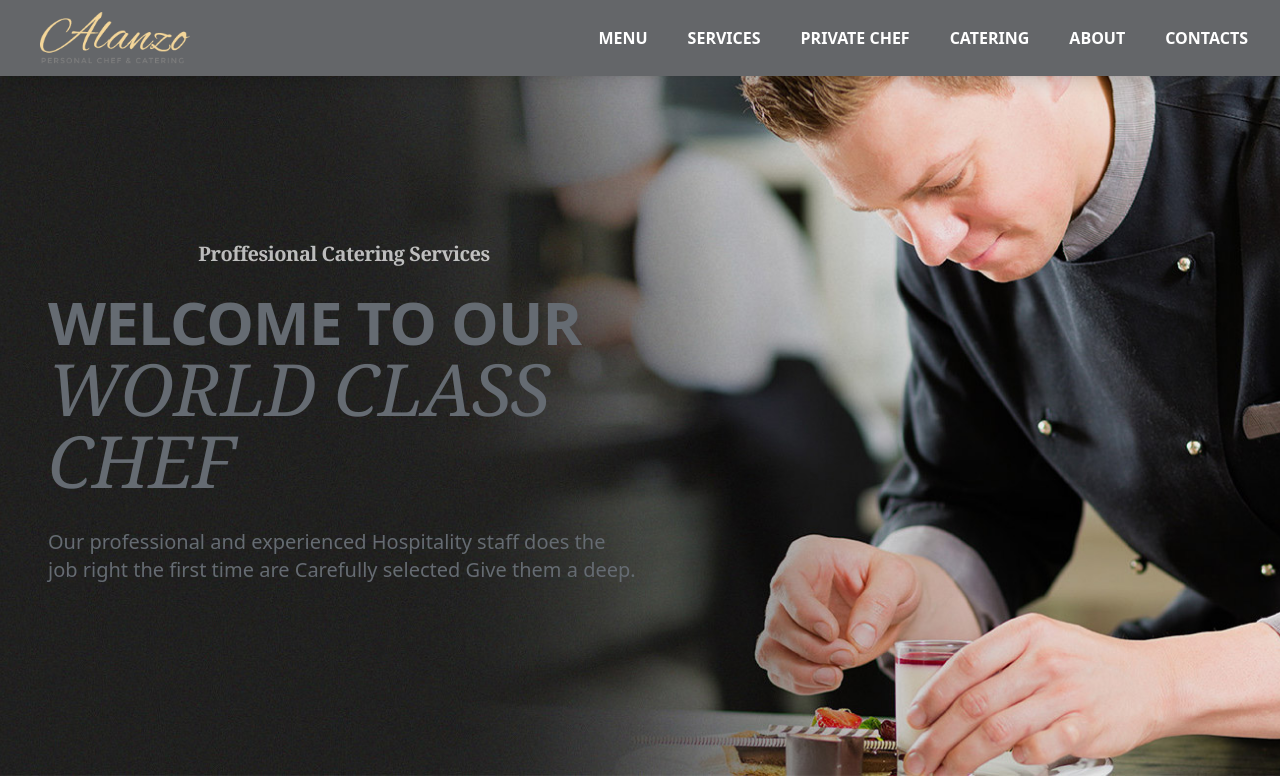
Repository: remydev47/alanzo
Page: /
The author's editor kept a copy of each file at every save. The page is drawn from the files as they stood at one save, then again after the next save.
The browser window is 1280 px wide. The pictures show the whole page.
The project was rebuilt for these pictures with package versions that can differ from the ones it lists, and the page was loaded fresh each time. The framework's server and built-in components were replaced by stand-ins that run in the browser. Also part of the build but not shown: next.config.js.

Above is the page before, as saved 2022-12-17 11:08:54.

### pages/_app.tsx
import '../styles/globals.css'
import type { AppProps } from 'next/app'
import Navbar from '../components/Navbar'

function MyApp({ Component, pageProps }: AppProps) {
  return (
    <>
      <Navbar />
      <Component {...pageProps} />
    </>
  )
}

export default MyApp

### pages/index.tsx
import type { NextPage } from 'next'
import Head from 'next/head'
import Image from 'next/image'
import Hero from '../components/Hero'

const Home: NextPage = () => {
  return (
    <div className="bg-primary-black">
      <Head>
        <title>Avantos</title>
        <link rel="icon" href="/favicon.ico" />
      </Head>
      <Hero />

    </div>
  )
}

export default Home

### components/Navbar.tsx
import React from 'react';
import { navLinks } from '../constants';
import Menupopover from './Menupopover';
import Image from 'next/image';
import Logo from './Logo';
import { Button } from './Button';

const Navbar = () => {
  return (
    <header className="fixed inset-x-0 bg-[#646669] z-20 flex justify-between items-center py-2 px-2 shadow-lg dark:bg-slate-900 sm:py-3 sm:px-8">
            <div className='flex grow-0 basis-1/3 md:hidden'>
                <Menupopover />
            </div>

             <div className='flex grow-0 ml-2 justify-center md:justify-start'>
                <Logo />

            </div>


            <ul className="list-none sm:flex hidden justify-end items-center flex-1">
            {navLinks.map((nav, index) => (
                <li
                key={nav.id}
                className={`font-bold cursor-pointer text-[16px]
                   ${index === navLinks.length - 1 ? 'mr-0' : 'mr-10'}
                  text-white `}
                >
                    <a>{nav.title}</a>
                </li>
            ))}
           </ul>


        </header>
  )
}

export default Navbar

### components/Hero.tsx
import React from 'react'

const Hero = () => {
  return (
    <section className='relative pt-48 pb-12 xl:pt-60 sm:pb-16 lg:pb-32 xl:pb-48 2xl:pb-56'>
    <div className="absolute inset-0">
     <img className="object-cover w-full h-full" src="/images/hero.jpg" alt="" />
    </div>
   <div className='relative'>
    <div className="px-6 mx-auto sm:px-8 lg:px-12 max-w-7xl">
      <div className="w-full lg:w-2/3 xl:w-1/2">
        <h1 className="font-serif text-xl font-bold tracking-tight text-white text-opacity-70 text-center">Proffesional Catering Services</h1>
        <p className="mt-6 tracking-tighter text-[#656b72]">
          <span className="font-sans font-bold text-6xl">WELCOME TO OUR </span><br />
          <span className="font-serif italic font-BOLD text-7xl">WORLD CLASS CHEF</span>
        </p>
        <p className="mt-8 font-erif text-xl font-normal text-[#656b72]">
         Our professional and experienced Hospitality staff does the job right the first time are Carefully selected Give them a deep.
        </p>
      </div>
    </div>
   </div>
  </section>
  )
}

export default Hero

### constants/index.ts
export const navLinks =[
    {
        id:"menu",
        title:"MENU",
    },
    {
        id:"services",
        title:"SERVICES",
    },
    {
        id:"privatechef",
        title:"PRIVATE CHEF",
    },
    {
        id:"catering",
        title:"CATERING",
    },
    {
        id:"aboutus",
        title:"ABOUT",
    },
    {
        id:"contacts",
        title:"CONTACTS",
    },
]

### components/Menupopover.tsx
import React, {useState, Fragment} from 'react';
import { navLinks } from '../constants';
import { IconButton, Button } from './Button';
import { Transition, Dialog } from '@headlessui/react';
import Logo from './Logo';
import Image from 'next/image';

const Menupopover = () => {
  const [isOpen, setIsOpen] = useState(false)

  return (
    <div>
    <IconButton
      variant='ghost'
      aria-label='menu'
      onClick={() => setIsOpen(!isOpen)}
    >
      <svg className='w-6 h-6 ' fill='none' stroke='currentColor'>
        <path
          strokeLinecap='round'
          strokeLinejoin='round'
          strokeWidth={2}
          d='M4 6h16M4 12h16M4 18h16'
        />
      </svg>
    </IconButton>
    <Transition
      show={isOpen}
      appear
      as={Fragment}
      enter='transform transition ease-in-out duration-300'
      enterFrom='-translate-x-full'
      enterTo='translate-x-0'
      leave='transform transition ease-in-out duration-300 delay-200'
      leaveFrom='translate-x-0'
      leaveTo='-translate-x-full'
     >
     <Dialog
       as='div'
       className={`fixed inset-0 z-50`}
       onClose={setIsOpen}
       open={isOpen}
       >
       <Transition.Child
         as={Fragment}
         enter='ease-out duration-300 delay-300'
         enterFrom='opacity-0'
         enterTo='opacity-100'
         leave='ease-in duration-200'
         leaveFrom='opacity-100'
         leaveTo='opacity-0'
       >

        <Dialog.Overlay
          className={`fixed inset-0 bg-black/20 backdrop-blur-sm dark:bg-gray-900/80`}
         />
      </Transition.Child>
       <div className={styles.dialogcontainer}>
        <a className='mx-auto mt-4 flex w-[140px] '>
          <Logo />
        </a>
        <ul
            className={styles.navWrapper2}
         >
            {navLinks.map((nav, index) => (
                <li
                 key={nav.id}
                 className={` font-bold cursor-pointer text-[16px]
                  mt-2 border-t border-slate-200 py-4 dark:border-slate-600
                  ${index === navLinks.length - 1 ? 'mr-0' : 'mb-4'}
                  text-white `}
                >
                 <a href={`#${nav.id}`}>
                    {nav.title}
                 </a>
                </li>
             ))}
         </ul>

        <IconButton
          variant='ghost'
          aria-label='close menu'
          className='absolute top-5 right-5'
          onClick={() => setIsOpen(false)}
        >
          <svg
            viewBox='0 0 10 10'
            className='h-2.5 w-2.5 overflow-visible'
            aria-hidden='true'
          >
            <path
                d='M0 0L10 10M10 0L0 10'
                fill='none'
                stroke='currentColor'
                strokeWidth='2'
                strokeLinecap='round'
              />
          </svg>
        </IconButton>
       </div>
     </Dialog>
    </Transition>
  </div>
  )
}

export default Menupopover;

const styles ={
  dialogcontainer:`fixed top-0 bottom-0 left-0 w-full max-w-xs rounded-r-xl bg-[#092341] p-6 shadow-lg dark:bg-gray-800`,
  menuitems:`group relative flex h-9 items-center oveflow-hidden rounded-md hover:bg-slate-200/50`,
  navWrapper2:`list-none flex flex-col justify-end items-center flex-1`,
}

### components/Logo.tsx
import React from 'react'
import Image from 'next/image'

const Logo = () => {
  return (
    <div>
      <Image
        src='/images/logo.png'
        alt='Alanzo'
        height={60}
        width={150}
      />
    </div>
  )
}

export default Logo

### components/Button/index.tsx
import React, { forwardRef } from "react";
//import { __DEV__ } from "../../utils/assertions";

type BaseButtonProps = Omit<React.HTMLProps<HTMLButtonElement>, "size">;

/* === Button Element === */

export interface ButtonProps extends BaseButtonProps {
  children: React.ReactNode;
  fullWidth?: boolean;
  className?: string;
  variant?: "solid" | "outline" | "ghost";
  size?: "sm" | "md" | "lg";
  as?: string;
  isExternal?: boolean;
  type?: "button" | "submit" | "reset";
}

export const Button = forwardRef<HTMLButtonElement, ButtonProps>(
  (
    {
      children,
      variant = "solid",
      size = "md",
      fullWidth = false,
      className,
      as = "button",
      isExternal = false,
      ...rest
    },
    ref
  ) => {
    let tempClassNames: string[] = [];

    const sharedClasses = [
      "capitalize",
      "focus:outline-none",
      "focus:ring-2",
      "focus:ring-indigo-400",
      "focus:ring-offset-2",
      "focus:ring-offset-indigo-50",
      "font-semibold",
      "rounded-full",
      "inline-flex",
      "flex-shrink-0",
      "items-center",
      "justify-center",
      "transition-colors",
      "ease-in-out",
      "duration-500",
    ];

    if (fullWidth) sharedClasses.push("w-full");

    // handle variants
    let btnSolid = ["bg-indigo-600", "hover:bg-indigo-700", "text-white"];
    let btnOutline = [
      "dark:text-white",
      "hover:text-indigo-700",
      "hover:dark:text-indigo-700",
      "bg-transparent",
      "hover:bg-indigo-50",
      "border",
      "border-indigo-600",
    ];
    let btnGhost = [
      "bg-transparent",
      "dark:text-white",
      "hover:bg-indigo-50",
      "hover:text-indigo-700",
      "hover:dark:text-indigo-700",
    ];

    if (variant === "solid") {
      tempClassNames = [...sharedClasses, ...btnSolid];
    } else if (variant === "outline") {
      tempClassNames = [...sharedClasses, ...btnOutline];
    } else if (variant === "ghost") {
      tempClassNames = [...sharedClasses, ...btnGhost];
    }

    // handle sizes
    let sizeSm = ["h-8", "px-2", "text-sm"];
    let sizeMd = ["h-10", "px-3"];
    let sizeLg = ["h-12", "px-4", "text-lg"];

    if (size === "sm") {
      tempClassNames = [...tempClassNames, ...sizeSm];
    } else if (size === "md") {
      tempClassNames = [...tempClassNames, ...sizeMd];
    } else if (size === "lg") {
      tempClassNames = [...tempClassNames, ...sizeLg];
    }

    let classes = tempClassNames.join(" ");

    let Element = as ? (
      React.createElement(
        as,
        {
          className: `${classes} ${className}`,
          target: isExternal ? "_blank" : undefined,
          rel: isExternal ? "noopener noreferrer" : undefined,
          ref,
          ...rest,
        },
        children
      )
    ) : (
      <button {...rest} className={`${classes} ${className}`} ref={ref}>
        {children}
      </button>
    );

    return Element;
  }
);

// if (__DEV__) {
//   Button.displayName = "Button";
// }

/* === IconButton Element === */

export interface IconButtonProps extends ButtonProps {
  icon?: React.ReactElement;
  "aria-label": string;
}

export const IconButton = forwardRef<HTMLButtonElement, IconButtonProps>(
  (
    {
      children,
      icon,
      className,
      "aria-label": ariaLabel,
      size = "md",
      ...rest
    },
    ref
  ) => {
    let sharedClasses = ["rounded-full", "!px-0"];

    // handle sizes
    let sizeSm = ["w-8"];
    let sizeMd = ["w-10"];
    let sizeLg = ["w-12"];

    if (size === "sm") {
      sharedClasses = [...sharedClasses, ...sizeSm];
    } else if (size === "md") {
      sharedClasses = [...sharedClasses, ...sizeMd];
    } else if (size === "lg") {
      sharedClasses = [...sharedClasses, ...sizeLg];
    }

    /**
     * Passing the icon as prop or children should work
     */
    const element = icon || children;
    const _children = React.isValidElement(element)
      ? React.cloneElement(element as any, {
          "aria-hidden": true,
          focusable: false,
        })
      : null;

    let classes = sharedClasses.join(" ");
    return (
      <Button
        className={`${classes} ${className}`}
        aria-label={ariaLabel}
        size={size}
        {...rest}
        ref={ref}
      >
        {_children}
      </Button>
    );
  }
)

### tailwind.config.js
/** @type {import('tailwindcss').Config} */
module.exports = {
  content: [
    './pages/**/*.{js,ts,jsx,tsx}',
    './components/**/*.{js,ts,jsx,tsx}',
  ],
  theme: {
    extend: {
      backgroundImage: {
        'bg_2': "url('/images/bg_2.jpg')",
      },
      colors: {
        'primary-black': '#1A232E',
        'secondary-white': '#c7c7c7',
      },
    },
  },
  plugins: [],
}

Loaded but not shown: styles/globals.css (common file)

After the next save:
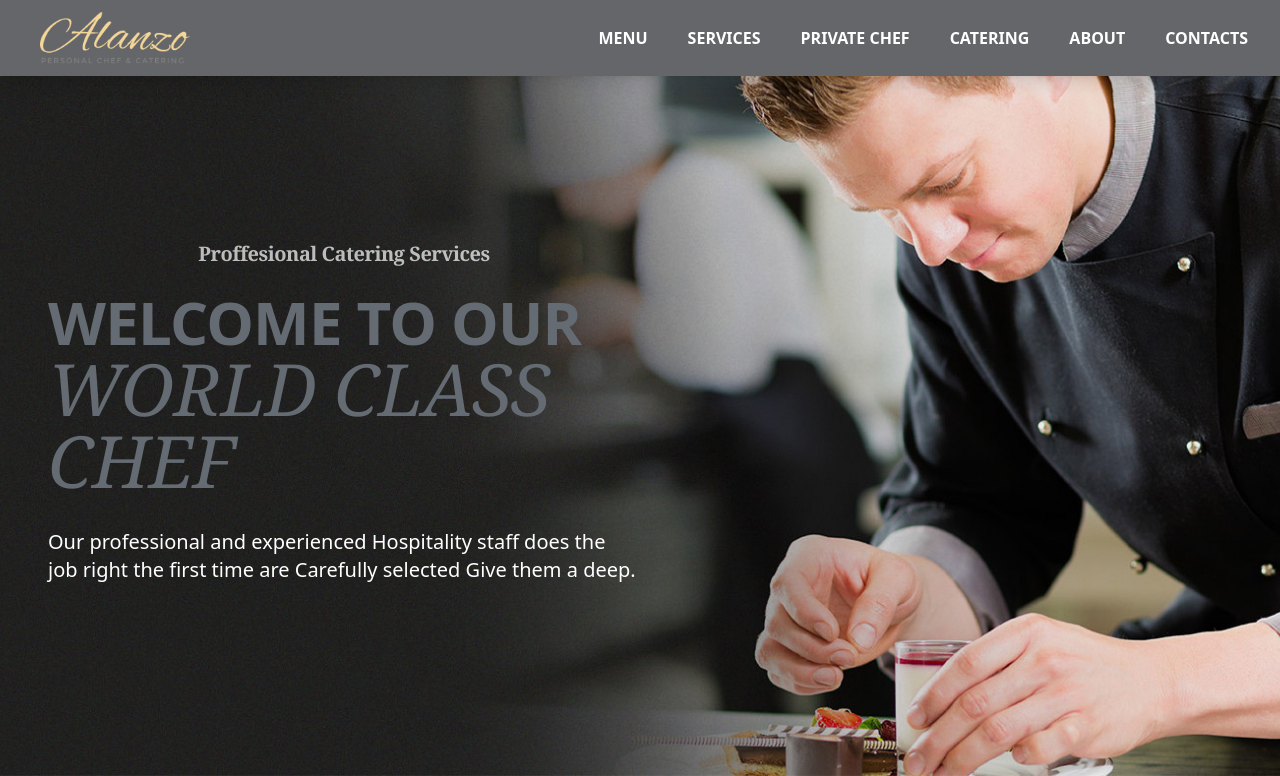
Saved 42 s later.
--- a/components/Hero.tsx
+++ b/components/Hero.tsx
@@ -14,7 +14,7 @@
           <span className="font-sans font-bold text-6xl">WELCOME TO OUR </span><br />
           <span className="font-serif italic font-BOLD text-7xl">WORLD CLASS CHEF</span>
         </p>
-        <p className="mt-8 font-erif text-xl font-normal text-[#656b72]">
+        <p className="mt-8 font-erif text-xl font-normal text-[#fff]">
          Our professional and experienced Hospitality staff does the job right the first time are Carefully selected Give them a deep.
         </p>
       </div>
